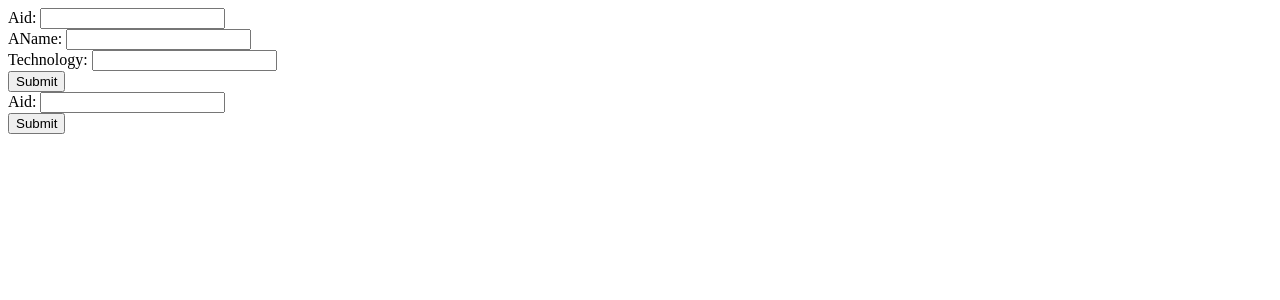
Repository: kjavvaji/SpringBoot
Page: http://localhost/SpringBootJPA2/home.jsp
An editor plug-in stored every save of this project. The page is shown before and after the next save, followed by the edit.
The browser window is 1280 px wide. The pictures show the whole page.
The page is served by Tomcat 9.

Above is the page before, as saved 2019-08-22 21:11:50.

After the next save:
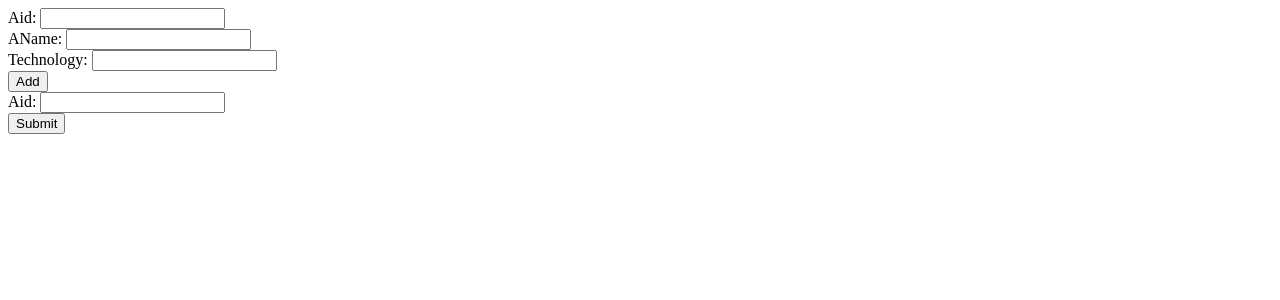
Saved 68 s later.
--- a/SpringBootJPA2/src/main/webapp/home.jsp
+++ b/SpringBootJPA2/src/main/webapp/home.jsp
@@ -11,7 +11,7 @@
 				      Aid:  <input type ="text" name ="aid"><br>
 					  AName:	 <input type="text" name ="aName"><br>
 					  Technology:	 <input type="text" name ="tech"><br>
-				<input type="submit" name="Add">
+				<input type="submit" value="Add">
 		</form>
 
 		<form action="getAlien">
